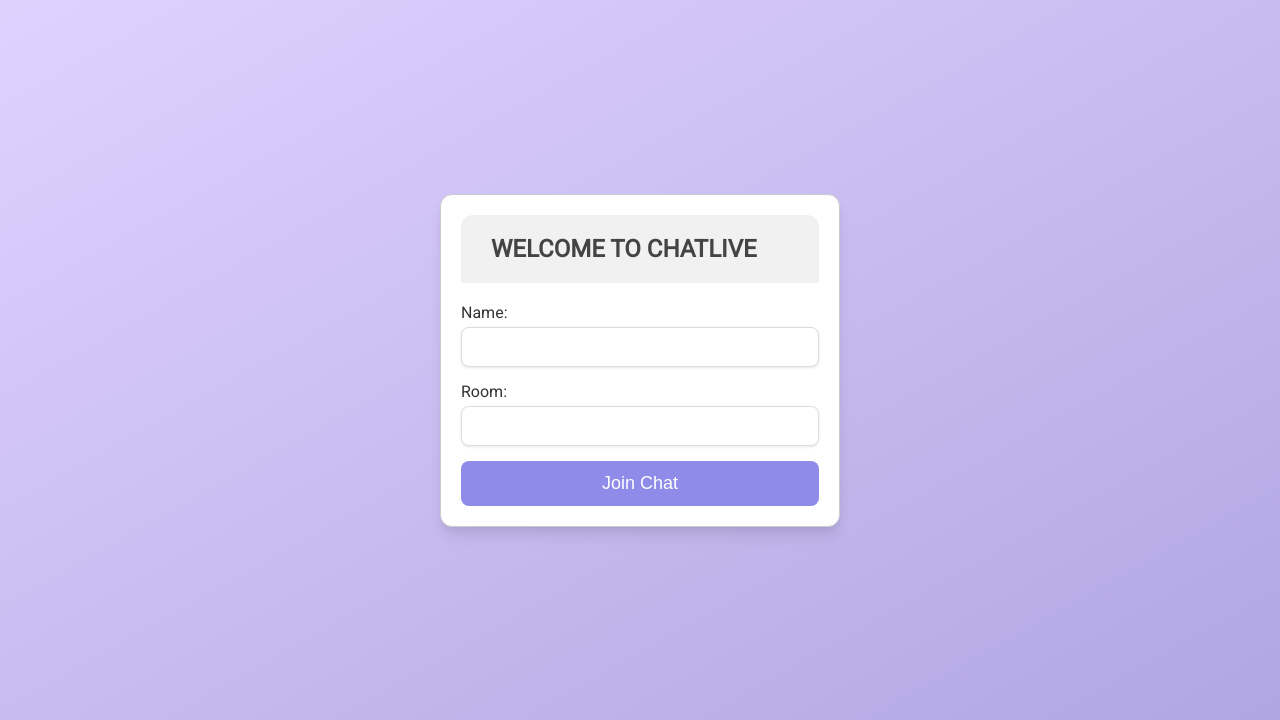
Repository: reminzuetto/ChatRoom
Page: public/join.html
The author's editor kept a copy of each file at every save. The page is drawn from the files as they stood at one save, then again after the next save.
The browser window is 1280 px wide. The pictures show the whole page.

Above is the page before, as saved 2024-08-21 11:06:38.

After the next save:
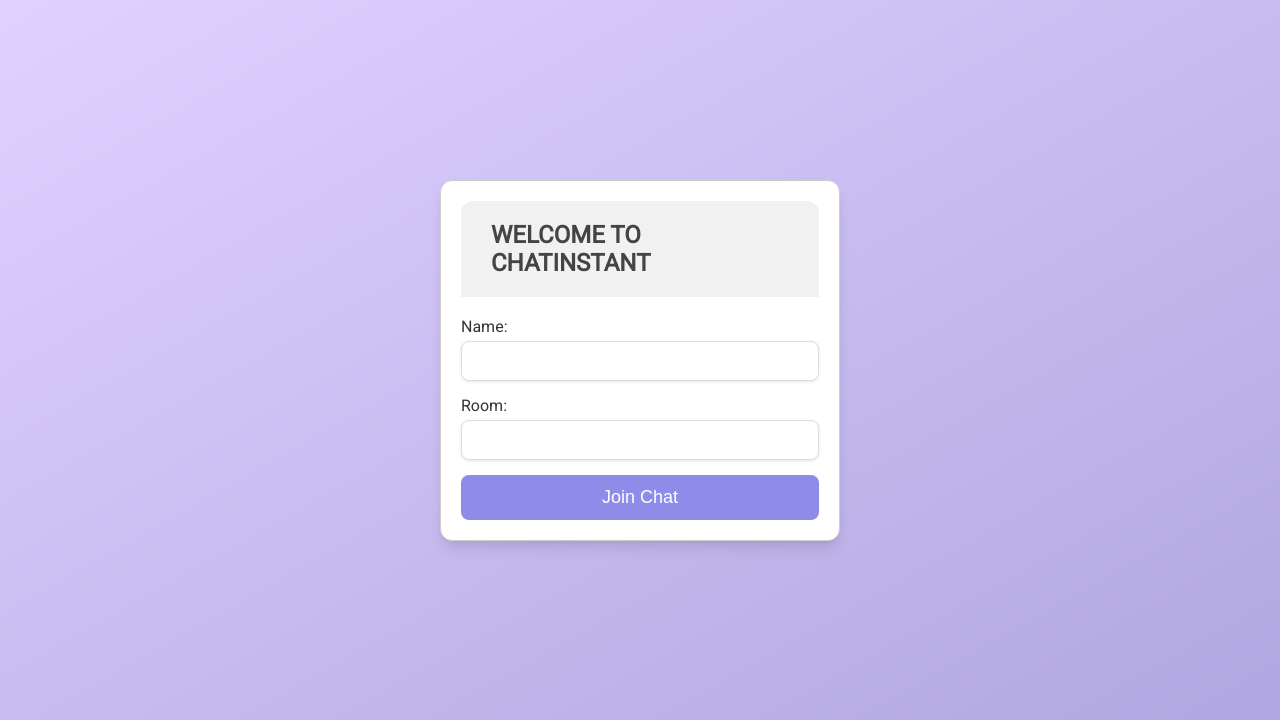
Saved 28 s later.
--- a/public/join.html
+++ b/public/join.html
@@ -9,7 +9,7 @@
   <body>
     <section class="join__section">
       <div class="brand">
-        <h1>Welcome To ChatLive</h1>
+        <h1>Welcome To ChatInstant</h1>
       </div>
 
       <form id="joinForm">
